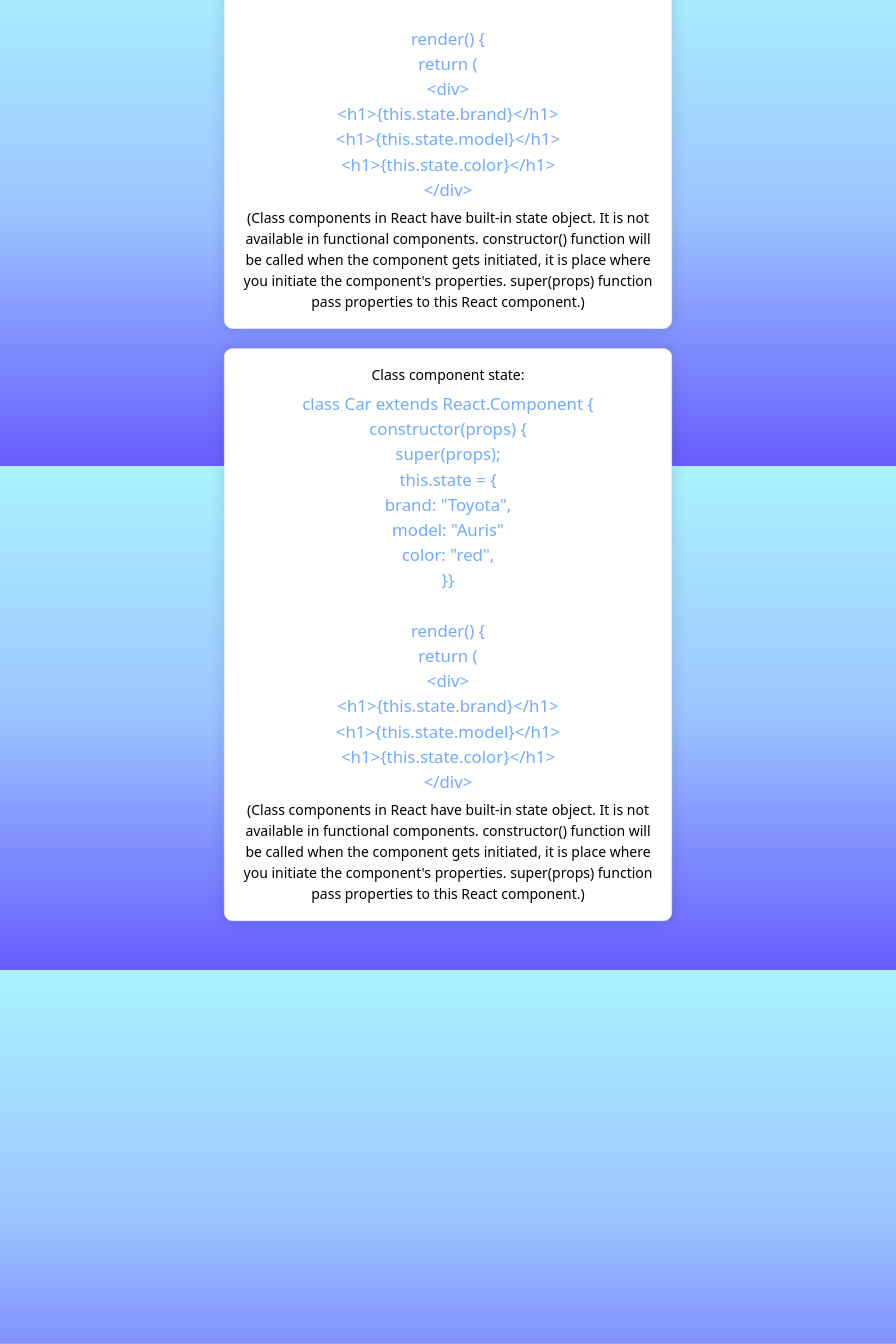
Repository: michalgornicki/github
Page: /#/State
These files come from the project's save history. The page is drawn as it stood at one moment and after the next save; the edit follows.
The browser window is 1280 px wide. The pictures show the part of the page from y = 774 to 2694 px (the page is 2694 px tall before and 2154 px after), at 70% of full size.
Backgrounds fixed to the window are drawn as part of the page. The project was rebuilt for these pictures with package versions that can differ from the ones it lists, and the page was loaded fresh each time. Also part of the build but not shown: src/components/dom.jsx, src/components/components.jsx, src/components/props.jsx, src/components/lifecycle.jsx, src/components/conditional.jsx, src/components/refs.jsx, src/components/fragments.jsx, src/components/hoc.jsx and 1 more.

Above is the page before, as saved 2022-02-07 13:15:10.

After the next save:
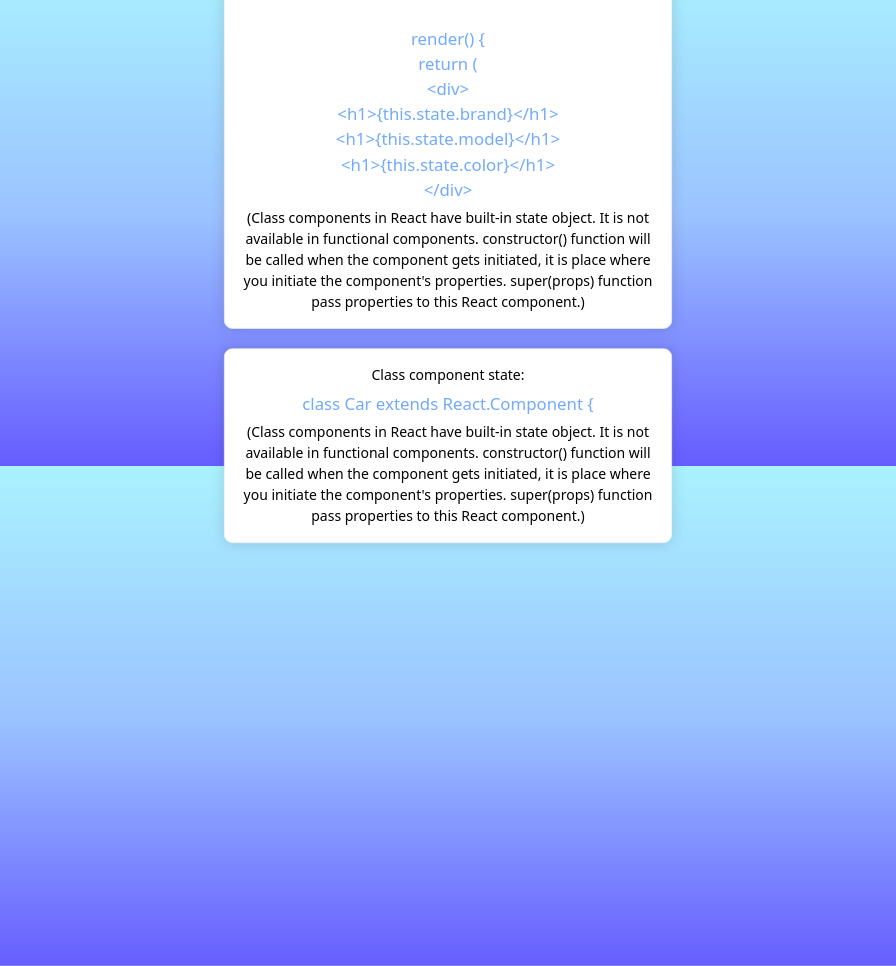
Saved 5 s later.
--- a/src/components/state.jsx
+++ b/src/components/state.jsx
@@ -28,20 +28,7 @@
         <div className="">Class component state: </div>
         <div className="text-color">
           {`class Car extends React.Component {`} <br />
-          {`constructor(props) {`} <br />
-          {`super(props);`}{" "} <br />
-          {`this.state = {`} <br />
-          {`brand: "Toyota",`} <br />
-          {`model: "Auris"`} <br />
-          {`color: "red",`} <br />
-          {`}}`} <br /> <br />
-          {`render() {`}{" "} <br />
-          {`return (`}{" "} <br />
-          {`<div>`}{" "} <br />
-          {`<h1>{this.state.brand}</h1>`} <br />
-          {`<h1>{this.state.model}</h1>`} <br />
-          {`<h1>{this.state.color}</h1>`} <br />
-          {`</div>`}{" "}
+
         </div>{" "}
         (Class components in React have built-in state object. It is not available in functional components. constructor() function will be called when the component gets initiated, it is place where you initiate the component's properties. super(props) function pass properties to this React component.)
       </div>
